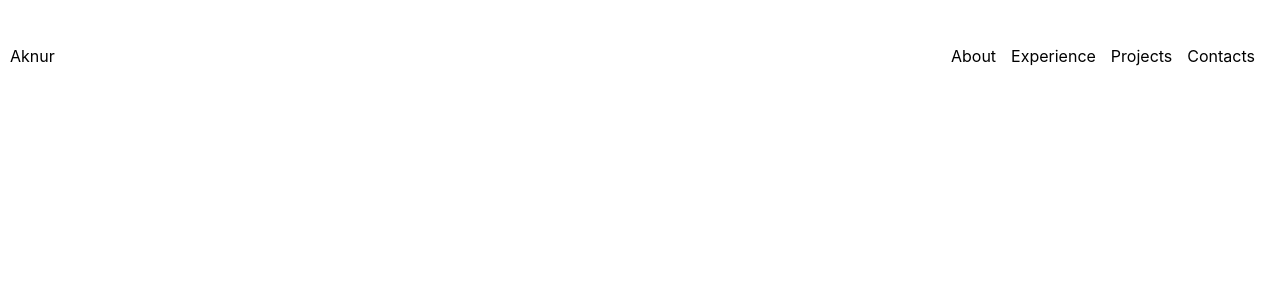
Repository: aknurkappar/nfactorial-portfolio-app-03-03-2022
Page: /
These files come from the project's save history. The page is drawn as it stood at one moment and after a run of saves; the edit follows.
The browser window is 1280 px wide. The pictures show the whole page.
The project was rebuilt for these pictures with package versions that can differ from the ones it lists, and the page was loaded fresh each time. Also part of the build but not shown: src/App.css.

Above is the page before, as saved 2023-03-03 20:46:58.

After the next 2 saves:
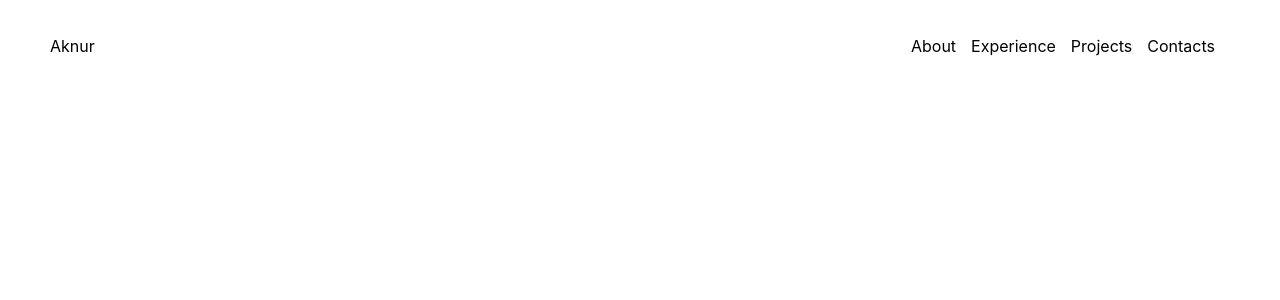
The 2 saves are shown as one change because they came seconds apart.
The last was saved 9 s later.
--- a/src/index.css
+++ b/src/index.css
@@ -1,5 +1,5 @@
 body {
-  margin: 30px 10px;
+  margin: 20px 50px;
   font-family: -apple-system, BlinkMacSystemFont, 'Segoe UI', 'Roboto', 'Oxygen',
     'Ubuntu', 'Cantarell', 'Fira Sans', 'Droid Sans', 'Helvetica Neue',
     sans-serif;
